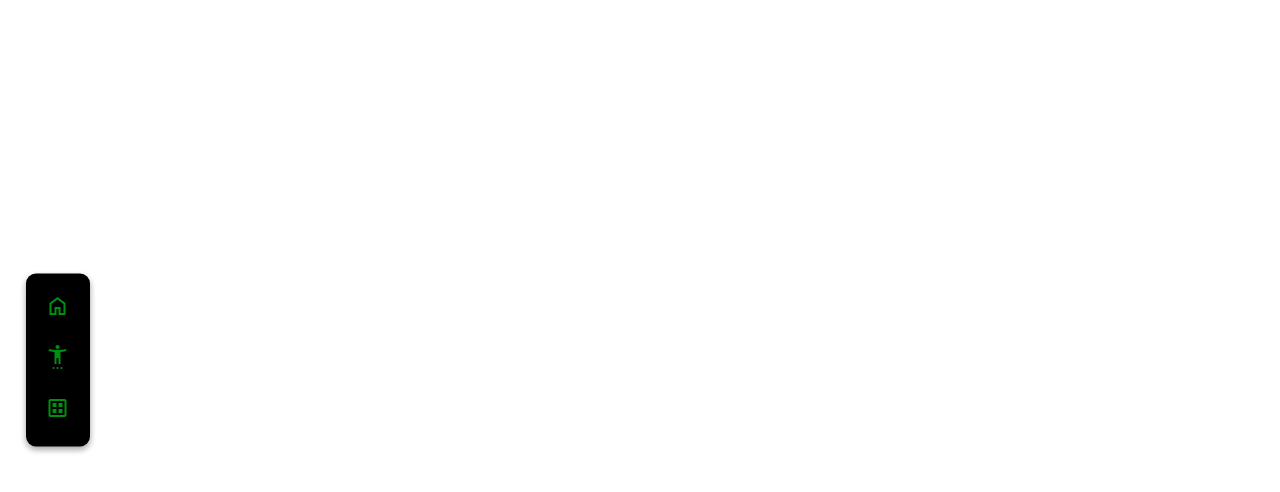
Repository: tuankiet10920/homeworkFEF
Page: /about
An editor plug-in stored every save of this project. The page is shown before and after the next save, followed by the edit.
The browser window is 1280 px wide. The pictures show the whole page.
The project was rebuilt for these pictures with package versions that can differ from the ones it lists, and the page was loaded fresh each time. Also part of the build but not shown: vite.config.js, src/views/HomeView.vue. Imported but missing from the stored project, and not drawn on this page: src/assets/audio/intro.mp3.

Above is the page before, as saved 2024-11-10 17:39:50.

### index.html
<!doctype html>
<html lang="en">
  <head>
    <meta charset="UTF-8" />
    <link rel="icon" href="/favicon.ico" />
    <meta name="viewport" content="width=device-width, initial-scale=1.0" />
    <link
      href="https://cdn.jsdelivr.net/npm/bootstrap@5.3.3/dist/css/bootstrap.min.css"
      rel="stylesheet"
      integrity="sha384-QWTKZyjpPEjISv5WaRU9OFeRpok6YctnYmDr5pNlyT2bRjXh0JMhjY6hW+ALEwIH"
      crossorigin="anonymous"
    />
    <link
      rel="stylesheet"
      href="https://fonts.googleapis.com/css2?family=Material+Symbols+Outlined:opsz,wght,FILL,GRAD@20..48,100..700,0..1,-50..200"
    />
    <link rel="preconnect" href="https://fonts.googleapis.com" />
    <link rel="preconnect" href="https://fonts.gstatic.com" crossorigin />
    <link
      href="https://fonts.googleapis.com/css2?family=Roboto:ital,wght@0,100;0,300;0,400;0,500;0,700;0,900;1,100;1,300;1,400;1,500;1,700;1,900&display=swap"
      rel="stylesheet"
    />
    <title>Vite App</title>
    <link rel="stylesheet" href="./src/assets/css/main.css" />
  </head>
  <body>
    <div id="app"></div>
    <script
      src="https://cdn.jsdelivr.net/npm/bootstrap@5.3.3/dist/js/bootstrap.bundle.min.js"
      integrity="sha384-YvpcrYf0tY3lHB60NNkmXc5s9fDVZLESaAA55NDzOxhy9GkcIdslK1eN7N6jIeHz"
      crossorigin="anonymous"
    ></script>
    <script type="module" src="/src/main.js"></script>
  </body>
</html>

### src/assets/css/main.css
* {
  margin: 0;
  padding: 0;
  box-sizing: border-box;
  text-decoration: none;
  color: #000;
  font-size: 16px;
  font-family: 'Roboto', sans-serif;
  font-weight: 300;
  font-style: normal;
}

### src/App.vue
<script setup>
import { RouterLink, RouterView } from 'vue-router'
import GetSrcImage from './assets/help/getSrcImage.js'
import Icon from './components/Icon.vue'
</script>

<template>
  <header>
    <div class="wrapper">
      <nav>
        <RouterLink to="/">
          <Icon iconName="home" />
        </RouterLink>

        <RouterLink to="/about">
          <Icon iconName="settings_accessibility" />
        </RouterLink>

        <RouterLink to="/labs">
          <Icon iconName="dataset" />
        </RouterLink>
      </nav>
    </div>
  </header>
  <RouterView />
</template>

<style scoped>
.wrapper nav a {
  margin-bottom: 20px;
  width: fit-content;
  text-decoration: none;
}
.wrapper nav a span {
  color: #009011;
}
.wrapper nav a:last-child {
  margin-bottom: 0;
}
nav {
  display: flex;
  flex-direction: column;
  justify-content: center;
  position: absolute;
  top: 50%;
  left: 2%;
  transform: translateY(-50%);
  padding: 20px;
  border-radius: 10px;
  background: #000;
  box-shadow:
    rgba(0, 0, 0, 0.16) 0px 3px 6px,
    rgba(0, 0, 0, 0.23) 0px 3px 6px;
}
</style>

### src/router/index.js
import { createRouter, createWebHistory } from 'vue-router'
import HomeView from '../views/HomeView.vue'

const router = createRouter({
  history: createWebHistory(import.meta.env.BASE_URL),
  routes: [
    {
      path: '/',
      name: 'home',
      component: HomeView,
    },
    {
      path: '/about',
      name: 'about',
      // route level code-splitting
      // this generates a separate chunk (About.[hash].js) for this route
      // which is lazy-loaded when the route is visited.
      component: () => import('../views/AboutView.vue'),
    },
    {
      path: '/labs',
      name: 'labs',
      component: () => import('../views/LabView.vue'),
    }
  ],
})

export default router

### src/assets/help/getSrcImage.js
const getSrcImage = (image) => {
    let __path = 'http://localhost:5173/src/assets/img/'
    return __path + image
}
export default getSrcImage

### src/components/Icon.vue
<script setup>
const props = defineProps(['iconName'])
</script>
<template>
  <span class="material-symbols-outlined"> {{ props.iconName }} </span>
</template>
<style scoped></style>

### src/views/AboutView.vue
<script setup>
import Bai5 from '../Labs/Lab3/Bai5.vue'
</script>
<template>
  <Bai5 />
</template>

<style></style>

### src/Labs/Lab3/Bai5.vue
<script setup></script>
<template>
  <div></div>
</template>
<style scoped></style>

Loaded but not shown: src/main.js (common file)

After the next save:
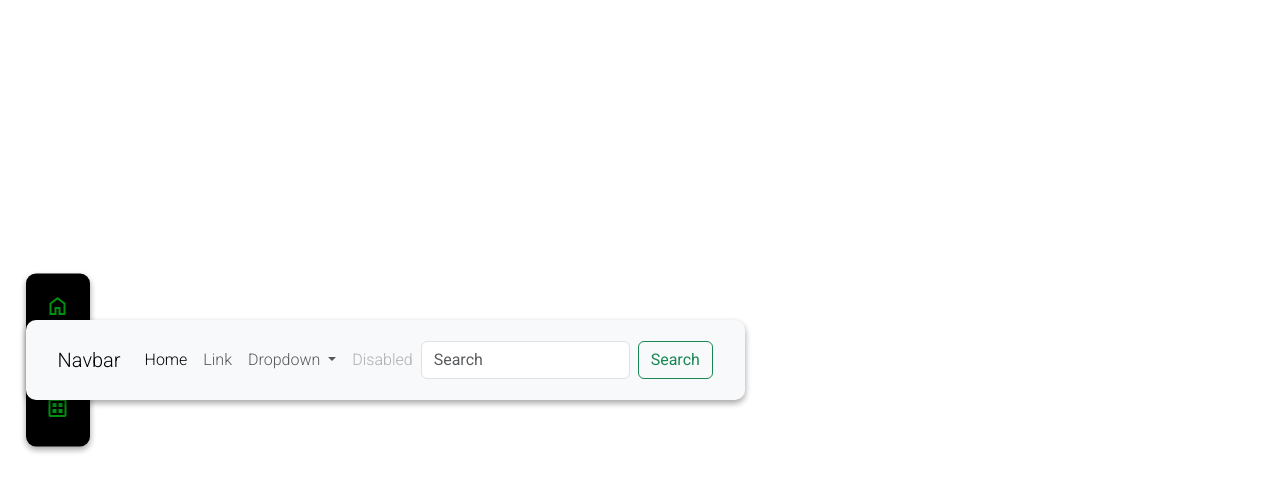
Saved 31 s later.
--- a/src/Labs/Lab3/Bai5.vue
+++ b/src/Labs/Lab3/Bai5.vue
@@ -1,5 +1,59 @@
 <script setup></script>
 <template>
-  <div></div>
+  <nav class="navbar navbar-expand-lg bg-body-tertiary">
+    <div class="container-fluid">
+      <a class="navbar-brand" href="#">Navbar</a>
+      <button
+        class="navbar-toggler"
+        type="button"
+        data-bs-toggle="collapse"
+        data-bs-target="#navbarSupportedContent"
+        aria-controls="navbarSupportedContent"
+        aria-expanded="false"
+        aria-label="Toggle navigation"
+      >
+        <span class="navbar-toggler-icon"></span>
+      </button>
+      <div class="collapse navbar-collapse" id="navbarSupportedContent">
+        <ul class="navbar-nav me-auto mb-2 mb-lg-0">
+          <li class="nav-item">
+            <a class="nav-link active" aria-current="page" href="#">Home</a>
+          </li>
+          <li class="nav-item">
+            <a class="nav-link" href="#">Link</a>
+          </li>
+          <li class="nav-item dropdown">
+            <a
+              class="nav-link dropdown-toggle"
+              href="#"
+              role="button"
+              data-bs-toggle="dropdown"
+              aria-expanded="false"
+            >
+              Dropdown
+            </a>
+            <ul class="dropdown-menu">
+              <li><a class="dropdown-item" href="#">Action</a></li>
+              <li><a class="dropdown-item" href="#">Another action</a></li>
+              <li><hr class="dropdown-divider" /></li>
+              <li><a class="dropdown-item" href="#">Something else here</a></li>
+            </ul>
+          </li>
+          <li class="nav-item">
+            <a class="nav-link disabled" aria-disabled="true">Disabled</a>
+          </li>
+        </ul>
+        <form class="d-flex" role="search">
+          <input
+            class="form-control me-2"
+            type="search"
+            placeholder="Search"
+            aria-label="Search"
+          />
+          <button class="btn btn-outline-success" type="submit">Search</button>
+        </form>
+      </div>
+    </div>
+  </nav>
 </template>
 <style scoped></style>
